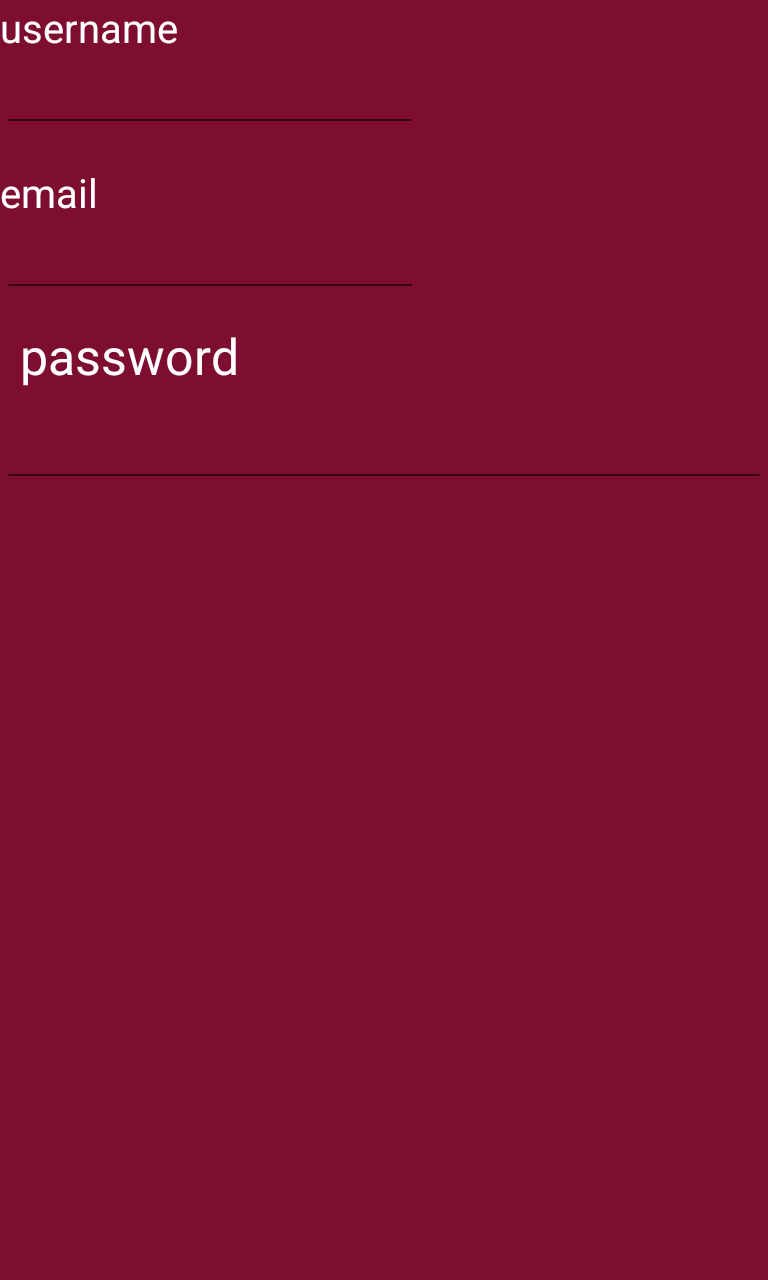
Repository: janemuthoni/icon
Layout: Exam/res/layout/register.xml
An editor plug-in stored every save of this project. The layout is shown before and after the next save, followed by the edit.
It is drawn on a 768 x 1280 px phone screen (xhdpi) without system bars, with theme AppTheme; the app's code is not run.

Above is the layout before, as saved 2014-08-07 07:10:45.

### Exam/res/layout/register.xml
<?xml version="1.0" encoding="utf-8"?>
<LinearLayout xmlns:android="http://schemas.android.com/apk/res/android"
    android:layout_width="match_parent"
    android:layout_height="match_parent"
    android:orientation="vertical"
    android:background="@color/violet">
     <TextView
           android:id="@+id/username"
           android:layout_width="wrap_content"
           android:layout_height="wrap_content"
           android:text="@string/Username"
           android:textSize="20sp"
           android:textColor="@color/white" />

       <EditText
           android:id="@+id/editText2"
           android:layout_width="wrap_content"
           android:layout_height="wrap_content"
           android:ems="10"
           android:inputType="textPersonName" />

       <TextView
           android:id="@+id/email"
           android:text="@string/email"
           android:textColor="@color/white"
           android:layout_width="wrap_content"
           android:layout_height="wrap_content"
           android:layout_marginTop="14dp"
           android:textSize="20sp" />

       <EditText
           android:id="@+id/editText4"
           android:layout_width="wrap_content"
           android:layout_height="wrap_content"
           android:ems="10"
           android:inputType="textEmailAddress" />

   <TextView
     android:id="@+id/password"
     android:layout_width="wrap_content"
     android:layout_height="wrap_content"
     android:text="@string/password"
     android:textSize="25sp"
     android:textColor="@color/white"
     android:layout_margin="10dp"/>

      <EditText
     android:id="@+id/editText1"
     android:layout_width="match_parent"
     android:layout_height="wrap_content"
     android:ems="10"
     android:inputType="textPassword" />



</LinearLayout>

### Exam/res/values/color.xml
<?xml version="1.0" encoding="utf-8"?>
<resources>
     <color name="grey">#A49F99</color>
      <color name="blue">#170674</color>
      <color name="green">#C81B1B</color>
      <color name="lightgreen">#7FDC33</color>
      <color name="darkgrey">#666D61</color>
      <color name="white">#FFFFFF</color>
      <color name="black">#1F1D1D</color>
      <color name="pink">#E1FBA2F7</color>
      <color name="lightgrey">#EBE0E3</color>
      <color name="cyan">#5CAD7C</color>
      <color name="greengrass">#08893C</color>
      <color name="yellow">#FDFF4F</color>
      <color name="violet">#7D0E2F</color>


</resources>

### Exam/res/values/strings.xml
<?xml version="1.0" encoding="utf-8"?>
<resources>

    <string name="app_name">Exam</string>
    <string name="hello_world">Hello world!</string>
    <string name="action_settings">Settings</string>
    <string name="firstname">firstname</string>
    <string name="email">email</string>
    <string name="idnumber">idnumber</string>
    <string name="password">password</string>
    <string name="Username">username</string>
    <string name="buttonback">back</string>
    <string name="btndisplay">display</string>
</resources>

Loaded but not shown: Exam/res/values/styles.xml (common file); Exam/res/values-v11/styles.xml (common file); Exam/res/values-v14/styles.xml (common file)

After the next save:
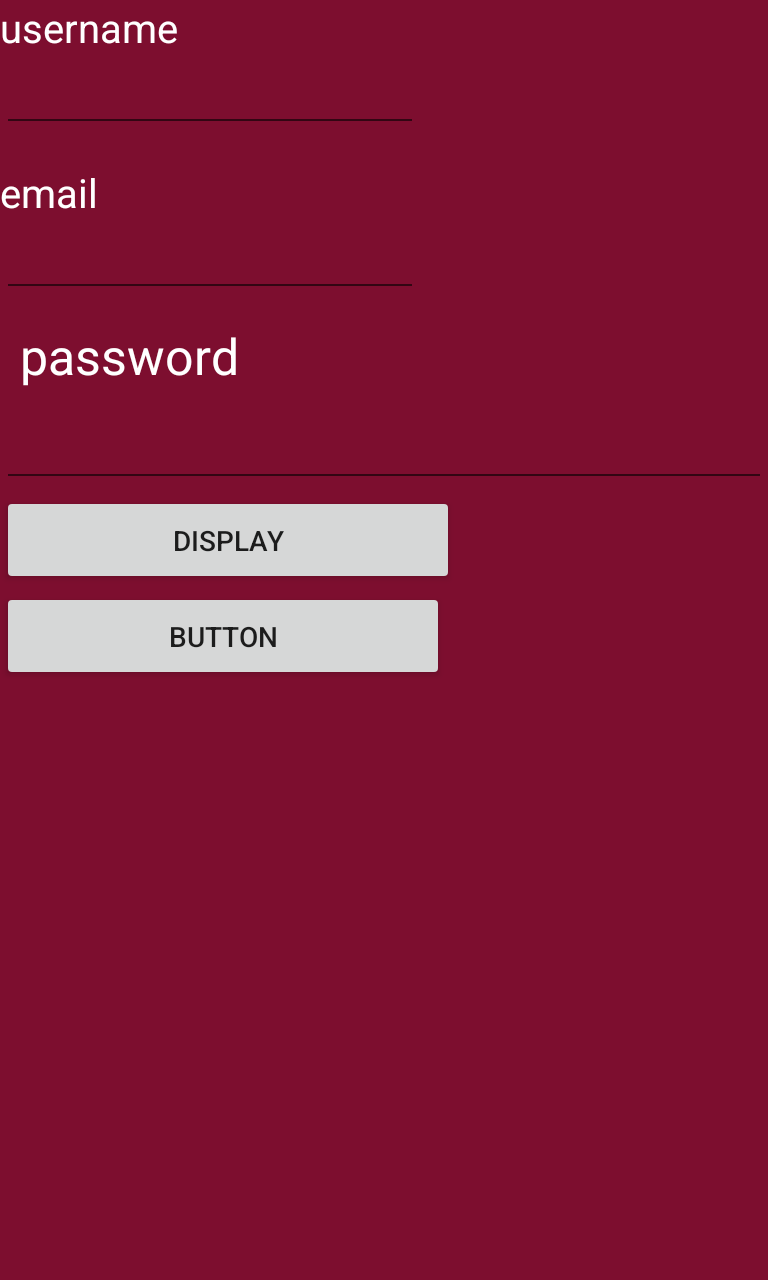
Saved 90 s later.
--- a/Exam/res/layout/register.xml
+++ b/Exam/res/layout/register.xml
@@ -51,6 +51,16 @@
      android:ems="10"
      android:inputType="textPassword" />
 
+      <Button
+          android:id="@+id/button1"
+          android:layout_width="228dp"
+          android:layout_height="wrap_content"
+          android:text="@string/btndisplay" />
 
+      <Button
+          android:id="@+id/button2"
+          android:layout_width="223dp"
+          android:layout_height="wrap_content"
+          android:text="Button" />
 
 </LinearLayout>
